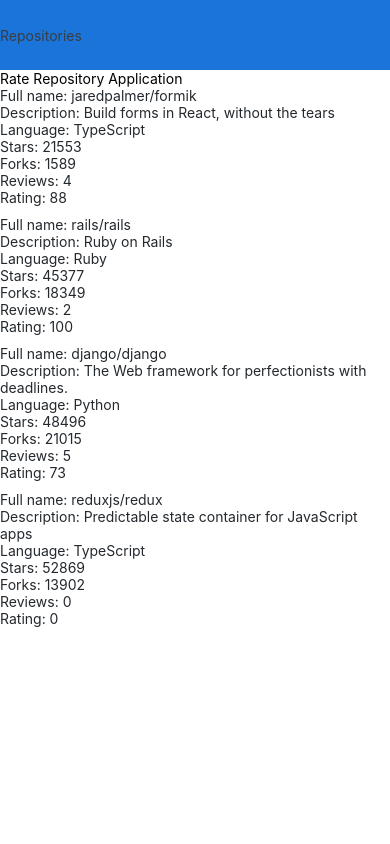
Repository: OrmeSile/react-native-FSO
Screen: / (app in rate-repository-app/)
These files come from the project's save history. The screen is drawn as it stood at one moment and after the next save; the edit follows.
The app was drawn by React Native's web renderer in a window 390 px wide. The project was rebuilt for these pictures with package versions that can differ from the ones it lists, and the page was loaded fresh each time. Some packages were replaced by stand-ins written for this rebuild.

Above is the screen before, as saved 2022-05-15 16:38:54.

### rate-repository-app/src/components/Main.jsx
import { Text, StyleSheet, View } from 'react-native';
import AppBar from './AppBar';
import RepositoryList from './RepositoryList';

const styles = StyleSheet.create({
  container: {
    flexGrow: 1,
    flexShrink: 1,
  },
});

const Main = () => {
  return (
    <View style={styles.container}>
      <AppBar/>
      <Text>Rate Repository Application</Text>
        <RepositoryList />
    </View>
  );
};

export default Main;

### rate-repository-app/src/components/AppBar.jsx
import { View, StyleSheet, Pressable } from 'react-native';
import Text from './Text';
import Constants from 'expo-constants';
import theme from '../theme';

const styles = StyleSheet.create({
  container: {
    paddingTop: Constants.statusBarHeight,
    height: 70,
    backgroundColor: theme.colors.appBarBackgroundColor,
    opacity: 0.9,
    display: 'flex',
    flexDirection: 'row'
  },
  pressableTab: {
    display: 'flex',
    flexGrow: 1,
    alignContent: 'center',
    justifyContent: 'center',
    backgroundColor: theme.colors.primary
  }
});

const AppBar = () => {
  return <View style={styles.container}>
    <Pressable style={styles.pressableTab} onPress={() => console.log('pressed')}>
      <Text>Repositories</Text>
    </Pressable>
  </View>;
};

export default AppBar;

### rate-repository-app/src/components/RepositoryList.jsx
import { FlatList, View, StyleSheet } from 'react-native';
import RepositoryItem from './RepositoryItem';

const styles = StyleSheet.create({
  separator: {
    height: 10,
  },
});

const repositories = [
  {
    id: 'jaredpalmer.formik',
    fullName: 'jaredpalmer/formik',
    description: 'Build forms in React, without the tears',
    language: 'TypeScript',
    forksCount: 1589,
    stargazersCount: 21553,
    ratingAverage: 88,
    reviewCount: 4,
    ownerAvatarUrl: 'https://avatars2.githubusercontent.com/u/4060187?v=4',
  },
  {
    id: 'rails.rails',
    fullName: 'rails/rails',
    description: 'Ruby on Rails',
    language: 'Ruby',
    forksCount: 18349,
    stargazersCount: 45377,
    ratingAverage: 100,
    reviewCount: 2,
    ownerAvatarUrl: 'https://avatars1.githubusercontent.com/u/4223?v=4',
  },
  {
    id: 'django.django',
    fullName: 'django/django',
    description: 'The Web framework for perfectionists with deadlines.',
    language: 'Python',
    forksCount: 21015,
    stargazersCount: 48496,
    ratingAverage: 73,
    reviewCount: 5,
    ownerAvatarUrl: 'https://avatars2.githubusercontent.com/u/27804?v=4',
  },
  {
    id: 'reduxjs.redux',
    fullName: 'reduxjs/redux',
    description: 'Predictable state container for JavaScript apps',
    language: 'TypeScript',
    forksCount: 13902,
    stargazersCount: 52869,
    ratingAverage: 0,
    reviewCount: 0,
    ownerAvatarUrl: 'https://avatars3.githubusercontent.com/u/13142323?v=4',
  },
];

const ItemSeparator = () => <View style={styles.separator} />;

const RepositoryList = () => {
  return (
    <FlatList
      data={repositories}
      ItemSeparatorComponent={ItemSeparator}
      renderItem={({ item }) => (
        <RepositoryItem key={item.id} item={item}/>
      )}
    />
  );
};

export default RepositoryList;

### rate-repository-app/src/components/Text.jsx
import { Text as NativeText, StyleSheet } from 'react-native';

import theme from '../theme';

const styles = StyleSheet.create({
  text: {
    color: theme.colors.textPrimary,
    fontSize: theme.fontSizes.body,
    fontFamily: theme.fonts.main,
    fontWeight: theme.fontWeights.normal,
  },
  colorTextSecondary: {
    color: theme.colors.textSecondary,
  },
  colorPrimary: {
    color: theme.colors.primary,
  },
  fontSizeSubheading: {
    fontSize: theme.fontSizes.subheading,
  },
  fontWeightBold: {
    fontWeight: theme.fontWeights.bold,
  },
});

const Text = ({ color, fontSize, fontWeight, style, ...props }) => {
  const textStyle = [
    styles.text,
    color === 'textSecondary' && styles.colorTextSecondary,
    color === 'primary' && styles.colorPrimary,
    fontSize === 'subheading' && styles.fontSizeSubheading,
    fontWeight === 'bold' && styles.fontWeightBold,
    style,
  ];

  return <NativeText style={textStyle} {...props} />;
};

export default Text;

### rate-repository-app/src/theme.js
const theme = {
  colors: {
    textPrimary: '#24292e',
    textSecondary: '#586069',
    primary: '#0366d6',
    appBarBackgroundColor: '#24292e'
  },
  fontSizes: {
    body: 14,
    subheading: 16,
  },
  fonts: {
    main: 'System',
  },
  fontWeights: {
    normal: '400',
    bold: '700',
  },
};

export default theme;

### rate-repository-app/src/components/RepositoryItem.jsx
import { View } from 'react-native';
import Text from './Text';

const RepositoryItem = ({ item }) => {
  return (
    <View>
      <Text>Full name: {item.fullName}</Text>
      <Text>Description: {item.description}</Text>
      <Text>Language: {item.language}</Text>
      <Text>Stars: {item.stargazersCount}</Text>
      <Text>Forks: {item.forksCount}</Text>
      <Text>Reviews: {item.reviewCount}</Text>
      <Text>Rating: {item.ratingAverage}</Text>
    </View>
  );
};

export default RepositoryItem;

Loaded but not shown: rate-repository-app/App.js (common file)

After the next save:
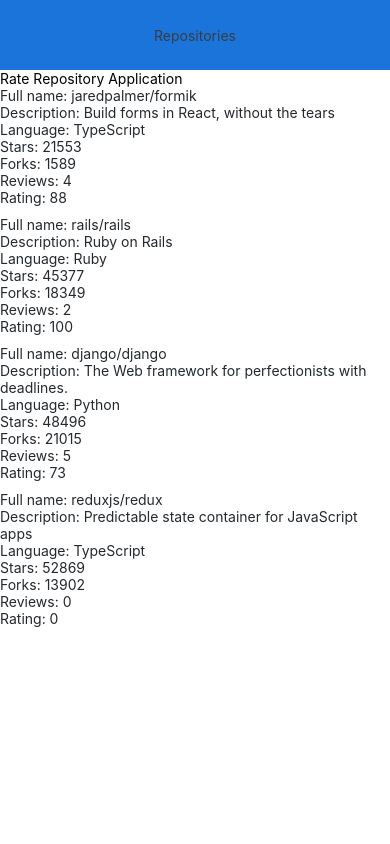
Saved 17 s later.
--- a/rate-repository-app/src/components/AppBar.jsx
+++ b/rate-repository-app/src/components/AppBar.jsx
@@ -15,7 +15,7 @@
   pressableTab: {
     display: 'flex',
     flexGrow: 1,
-    alignContent: 'center',
+    alignItems: 'center',
     justifyContent: 'center',
     backgroundColor: theme.colors.primary
   }
